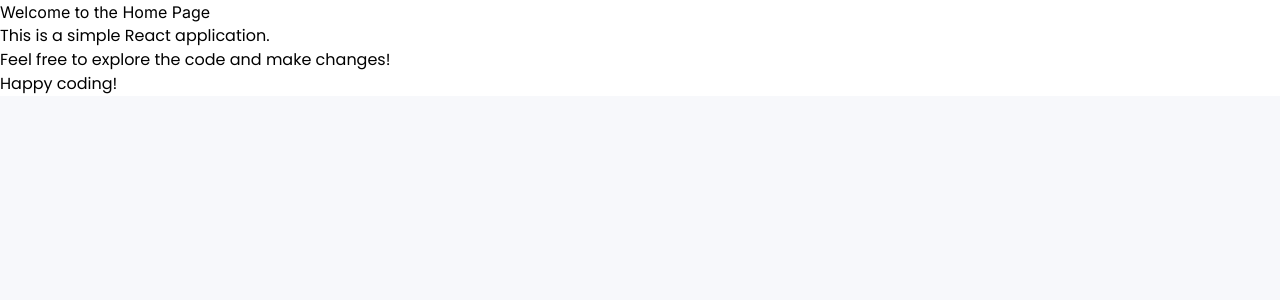
Repository: jabir12-12/inten-project
Page: /
These files come from the project's save history. The page is drawn as it stood at one moment and after the next save; the edit follows.
The browser window is 1280 px wide. The pictures show the whole page.
The project was rebuilt for these pictures with package versions that can differ from the ones it lists, and the page was loaded fresh each time. The framework's server and built-in components were replaced by stand-ins that run in the browser. Also part of the build but not shown: next.config.ts.

Above is the page before, as saved 2025-05-17 11:18:34.

After the next save:
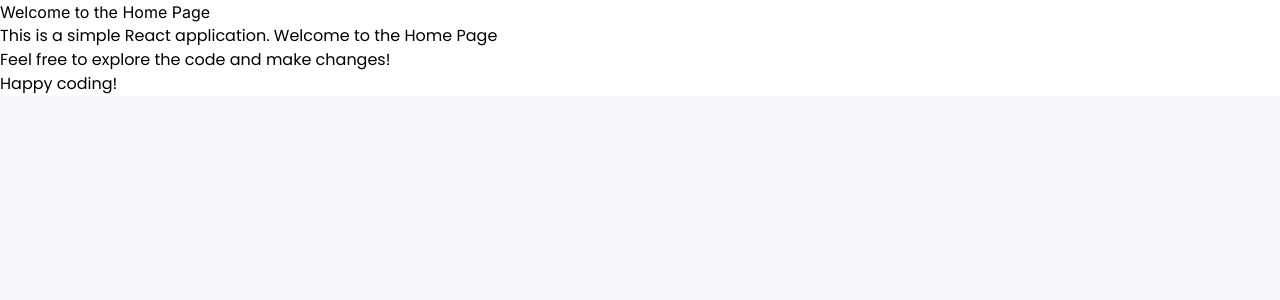
Saved 25 s later.
--- a/src/pages/index.tsx
+++ b/src/pages/index.tsx
@@ -4,7 +4,9 @@ export default function Home() {
   return (
     <div className='bg-white'>
       <h1>Welcome to the Home Page</h1>
-      <p>This is a simple React application.</p>
+      <p>This is a simple React application.
+        Welcome to the Home Page
+      </p>
       <p>Feel free to explore the code and make changes!</p>
       <p>Happy coding!</p>
     </div>
